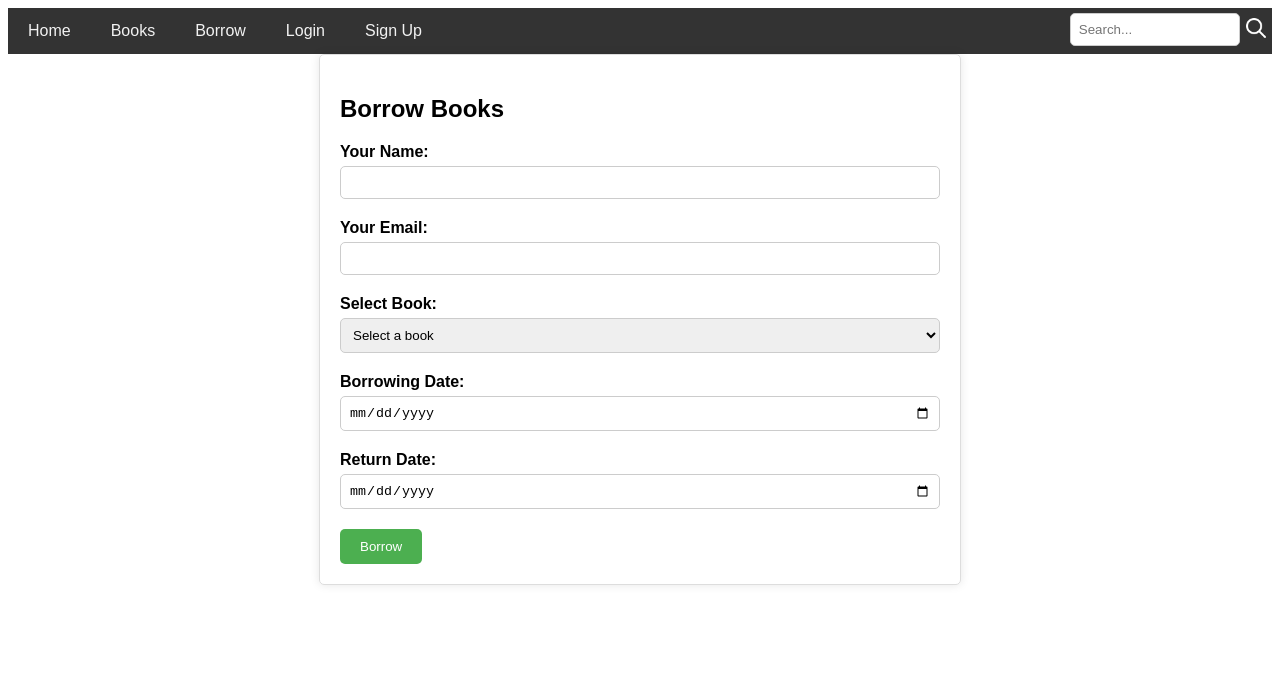
Repository: fadyesk12/Web-Technology-Course-Project
Page: borrow.html
An editor plug-in stored every save of this project. The page is shown before and after a run of saves, followed by the edit.
The browser window is 1280 px wide. The pictures show the whole page.

Above is the page before, as saved 2024-04-19 02:27:41.

### borrow.html
<!DOCTYPE html>
<html lang="en">
<head>
<meta charset="UTF-8">
<meta name="viewport" content="width=device-width, initial-scale=1.0">
<title>Borrow Books</title>
<link rel="stylesheet" href="./Styling/borrow.css">
</head>
<body>
  <div id="navbar">
    <a href="./index.html">Home</a>
    <a href="./book_list.html">Books</a>
    <a href="./borrow.html">Borrow</a>
    <a href="./auth/login.html">Login</a>
    <a href="./auth/signup.html">Sign Up</a>
    <div class ="search">
      <form action="" method="get">
        <input type="text" placeholder="Search...">
        <button type="submit"><img src="./PICS/search.png"></button>
      </form>
    </div>
</div>

<div class="container">
  <h2>Borrow Books</h2>
  <form action="#" method="post">
    <div class="form-group">
      <label for="name">Your Name:</label>
      <input type="text" id="name" name="name" required>
    </div>
    <div class="form-group">
      <label for="email">Your Email:</label>
      <input type="email" id="email" name="email" required>
    </div>
    <div class="form-group">
      <label for="book">Select Book:</label>
      <select id="book" name="book" required>
        <option value="">Select a book</option>
        <option value="book1">Book 1</option>
        <option value="book2">Book 2</option>
        <option value="book3">Book 3</option>
        <!-- Add more books as needed -->
      </select>
    </div>
    <div class="form-group">
      <label for="borrow-date">Borrowing Date:</label>
      <input type="date" id="borrow-date" name="borrow-date" required>
    </div>
    <div class="form-group">
      <label for="return-date">Return Date:</label>
      <input type="date" id="return-date" name="return-date" required>
    </div>
    <input type="submit" value="Borrow">
  </form>
</div>

</body>
</html>

### Styling/borrow.css
#navbar {
    overflow: hidden;
    background-color: #333;
   }
   #navbar a {
    float: left;
    display: block;
    color: #f2f2f2;
    text-align: center;
    padding: 14px 20px;
    text-decoration: none;
   }
   #navbar a:hover {
    background-color: #ddd;
    color: black;
   }
 body {
   font-family: Arial, sans-serif;
 }

 .container {
   max-width: 600px;
   margin: 0 auto;
   padding: 20px;
   border: 1px solid #ddd;
   border-radius: 5px;
   box-shadow: 0 0 10px rgba(0, 0, 0, 0.1);
 }

 .form-group {
   margin-bottom: 20px;
 }

 label {
   display: block;
   font-weight: bold;
   margin-bottom: 5px;
 }

 input[type="text"],
 input[type="email"],
 select,
 input[type="date"] {
   width: 100%;
   padding: 8px;
   border: 1px solid #ccc;
   border-radius: 5px;
   box-sizing: border-box;
 }

 input[type="submit"] {
   background-color: #4CAF50;
   color: white;
   padding: 10px 20px;
   border: none;
   border-radius: 5px;
   cursor: pointer;
 }

 input[type="submit"]:hover {
   background-color: #45a049;
 }

 .search{
 margin-top: 5px;
 float:right;
 }

.search input{
 width:75%;
 }

.search img{
 width: 20px;
 }

.search button{
 background-color: #333;
 border: 0;
 }

 .search form{
     display: flex;
     align-items: center;
     justify-content: right;
   }

After the next 2 saves:
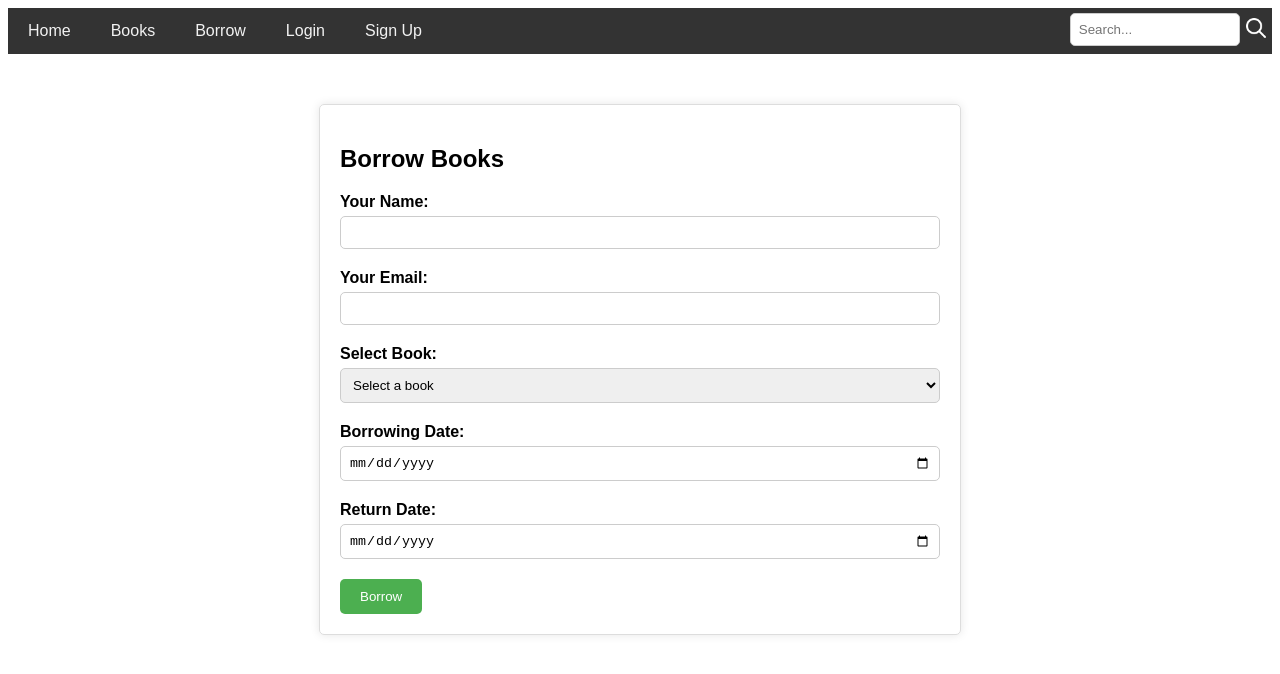
The 2 saves are shown as one change because they came seconds apart.
The last was saved 39 s later.
--- a/Styling/borrow.css
+++ b/Styling/borrow.css
@@ -20,7 +20,7 @@
 
  .container {
    max-width: 600px;
-   margin: 0 auto;
+   margin: 50px auto;
    padding: 20px;
    border: 1px solid #ddd;
    border-radius: 5px;
